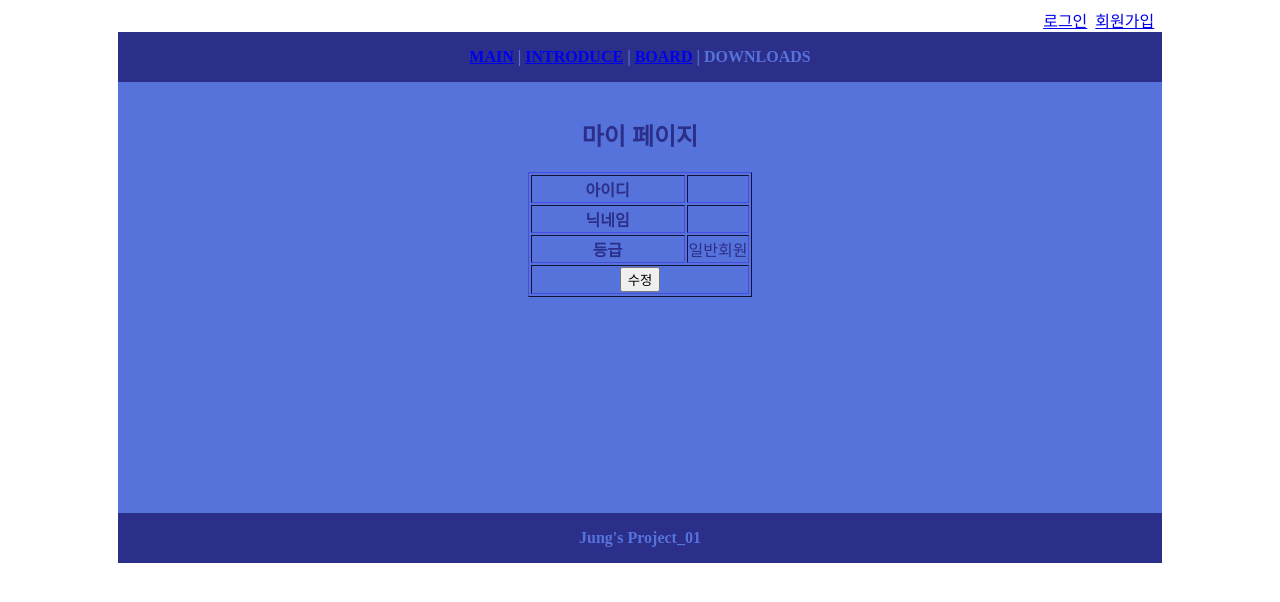
Repository: asas6306/Jungs_
Page: http://localhost/Board-Project1/WEB-INF/JSP/mypage.jsp
An editor plug-in stored every save of this project. The page is shown before and after the next save, followed by the edit.
The browser window is 1280 px wide. The pictures show the whole page.
The page is served by Tomcat 9. Nobody is signed in. Other server files are loaded and not shown. The template is opened directly, without the code that normally fills it, so the values that code supplies are empty.

Above is the page before, as saved 2021-01-14 08:13:56.

### Board-Project1/WebContent/WEB-INF/JSP/mypage.jsp
<%@ page language="java" contentType="text/html; charset=UTF-8"
    pageEncoding="UTF-8"%>
<jsp:include page="/layout/header.jsp" />

<table border="1" class="table">
	<caption>
		<h2>마이 페이지</h2>
	</caption>
	<tr>
		<th width="150px">아이디</th>
		<td>${m.ID}</td>
	</tr>
	<tr>
		<th>닉네임</th>
		<td>${m.nickname}</td>
	</tr>
	<tr>
		<th>등급</th>
		<td>${m.mng ? "관리자" : "일반회원"}</td>
	</tr>
	<tr>
		<td colspan="2" align="center"><input type="button" value="수정"
			onclick="location.href='/Board-Project1/member.do?action=PWcheck'">
		</td>
	</tr>
</table>

<jsp:include page="/layout/footer.jsp" />

### Board-Project1/WebContent/layout/header.jsp
<%@ page language="java" contentType="text/html; charset=UTF-8"
	pageEncoding="UTF-8"%>
<%@ taglib prefix="c" uri="http://java.sun.com/jsp/jstl/core" %>
<!DOCTYPE html>
<html>
<head>
<meta charset="UTF-8">
<title>Jung's Board Project_01</title>
<link rel="stylesheet" type="text/css" href="/Board-Project1/layout/layout.css">
</head>
<body>
	<div align="center">
		<div style="width: 82%" align="right">
			<c:choose>
				<c:when test="${m.state}">
				<a>${m.nickname}님 환영합니다!</a>&nbsp
					<a href="/Board-Project1/member.do?action=doLogout">로그아웃</a>&nbsp
					<a href="/Board-Project1/member.do?action=mypage">마이페이지</a>&nbsp
				</c:when>
				<c:when test="${!m.state}">
					<a href="/Board-Project1/member.do?action=login">로그인</a>&nbsp
					<a href="/Board-Project1/member.do?action=signup">회원가입</a>&nbsp
				</c:when>
			</c:choose>
		</div>
		<div class="header" align="center">
		<a href="/Board-Project1/main.do">MAIN</a>
		 |
		<a href="/Board-Project1/main.do?action=introduce">INTRODUCE</a>
		 |
		<a href="/Board-Project1/article.do?action=list">BOARD</a>
		 |
		DOWNLOADS
		</div>
	<div class="main" align="center">
		<!-- haeder -->

### Board-Project1/WebContent/layout/footer.jsp

<!-- footer -->
</div>
<div class="footer" align="center">Jung's Project_01</div>
</div>
</body>
</html>

### Board-Project1/WebContent/layout/layout.css
@charset "UTF-8";

.headertop {
	width: 80%;
}

.header, .footer {
	width: 80%;
	padding: 1em;
	background: #2C2F8A;
	color: #5673DB;
	font: sans-serif;
	font-weight: bold;
}

.main {
	width: 80%;
	padding: 1em;
	min-height: 400px;
	padding-top: 15px;
	background: #5673DB;
	color: #BADCF5;
}

.table {
	border: 2px thin;
	border-color: #2C2F8A;
	font: sans-serif;
	font-style: normal;
	color: #2C2F8A;
}

After the next save:
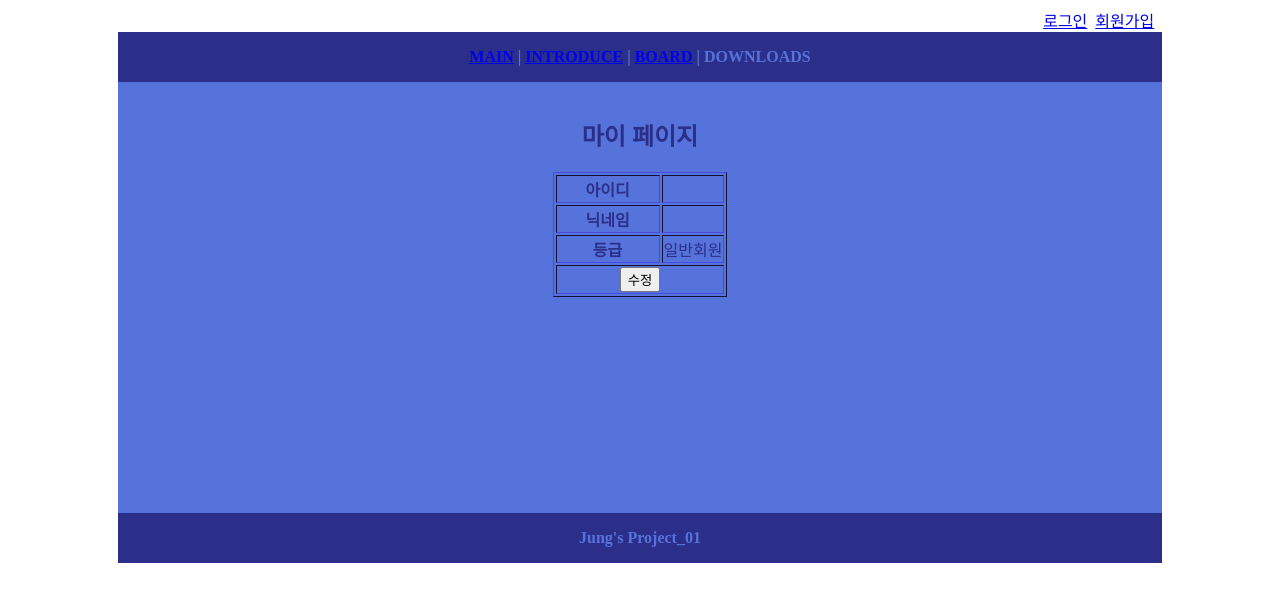
Saved 10 s later.
--- a/Board-Project1/WebContent/WEB-INF/JSP/mypage.jsp
+++ b/Board-Project1/WebContent/WEB-INF/JSP/mypage.jsp
@@ -7,7 +7,7 @@
 		<h2>마이 페이지</h2>
 	</caption>
 	<tr>
-		<th width="150px">아이디</th>
+		<th width="100px">아이디</th>
 		<td>${m.ID}</td>
 	</tr>
 	<tr>
